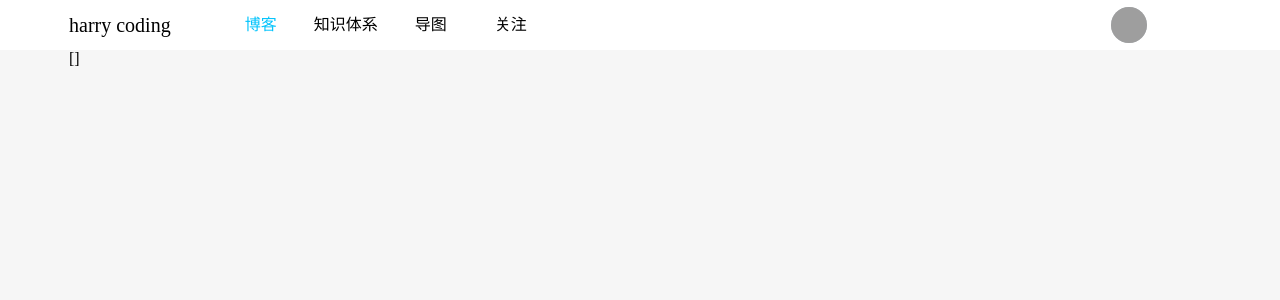
Repository: nestzero/blog
Page: /#/essay
These files come from the project's save history. The page is drawn as it stood at one moment and after the next save; the edit follows.
The browser window is 1280 px wide. The pictures show the whole page.
Pictures or frames that could not be fetched are drawn as grey boxes. The page's requests for data from a server got no answer. The project was rebuilt for these pictures with package versions that can differ from the ones it lists, and the page was loaded fresh each time. No one was signed in, and anything a server would have sent is missing. Also part of the build but not shown: vue.config.js.

Above is the page before, as saved 2022-03-03 23:31:54.

After the next save:
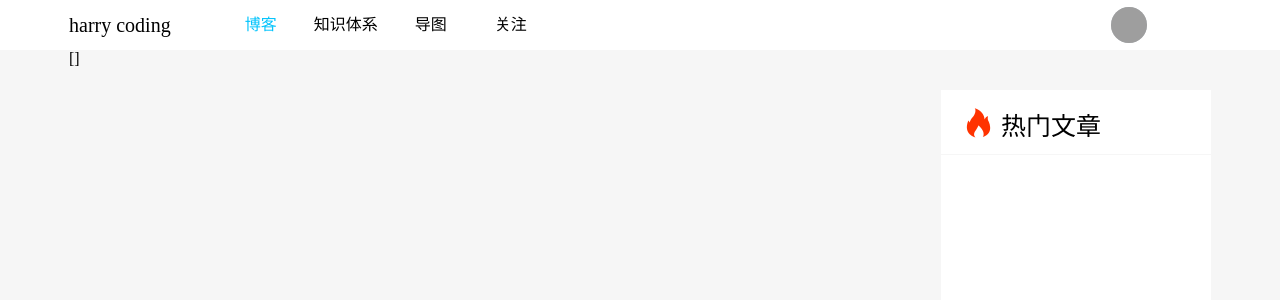
Saved 4 s later.
--- a/src/views/content/childComponents/essay.vue
+++ b/src/views/content/childComponents/essay.vue
@@ -41,7 +41,7 @@
         </div>
       </div> -->
 
-      <!-- <div class="essay_content_rank">
+      <div class="essay_content_rank">
         <div class="essay_rank_title">
           <i class="iconfont icon-remen remen"></i>
           <span>热门文章</span>
@@ -57,7 +57,7 @@
             {{ index + 1 }}. <span>{{ item.title | ellipsisRemark }}</span>
           </div>
         </div>
-      </div> -->
+      </div>
     </div>
 
     <div>{{essay}}</div>
